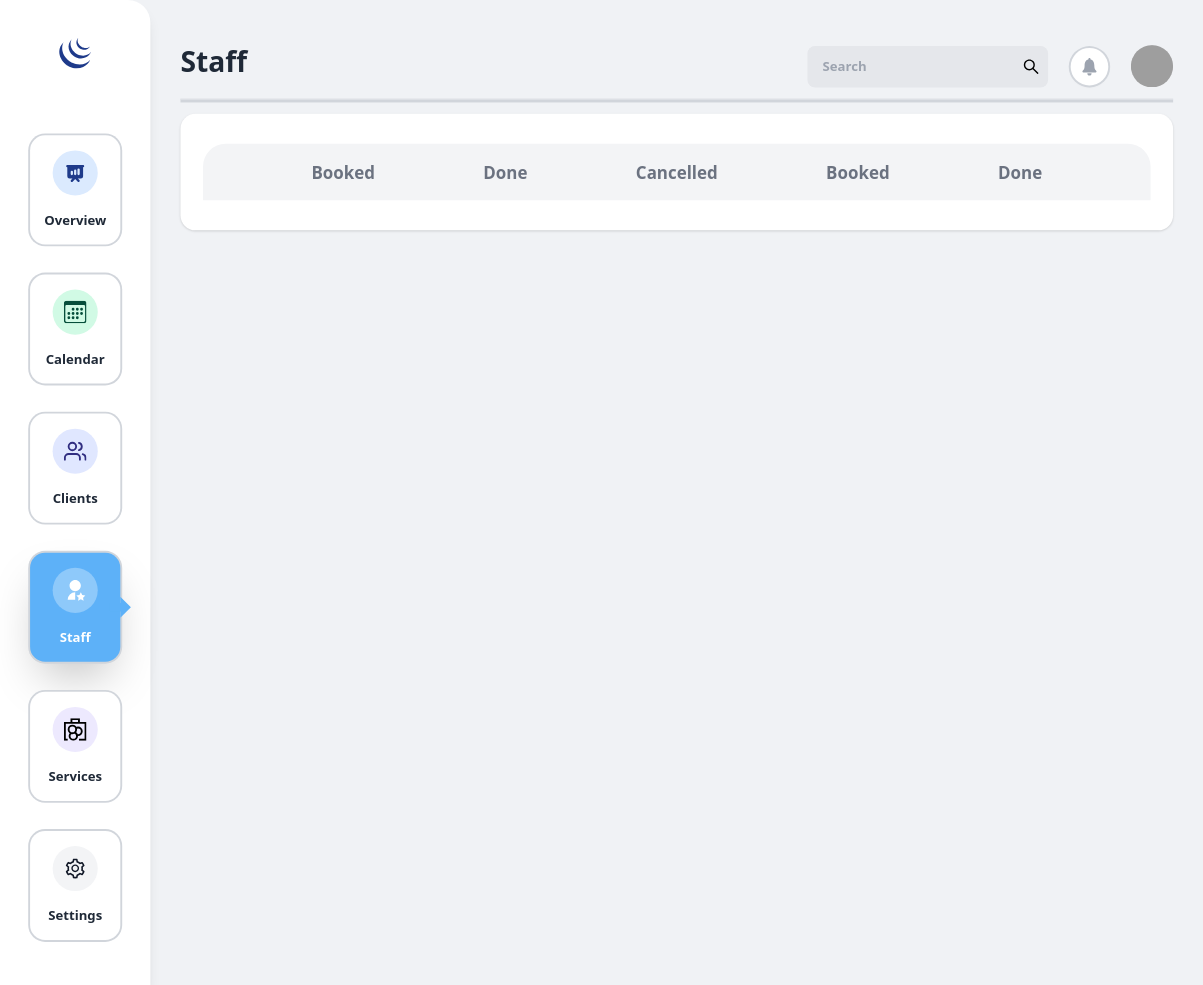
Repository: coolronts/dashboard
Page: /staff
The author's editor kept a copy of each file at every save. The page is drawn from the files as they stood at one save, then again after the next save.
The browser window is 1280 px wide. The pictures show the whole page, at 94% of full size.
Pictures or frames that could not be fetched are drawn as grey boxes. The project was rebuilt for these pictures with package versions that can differ from the ones it lists, and the page was loaded fresh each time. Also part of the build but not shown: craco.config.js, src/Components/Tags/index.tsx, src/Utils/avatar.ts, src/api/Profile.ts, src/Units/Client/Profile/index.tsx, src/Units/Client/index.ts, src/Units/Client/Section/Left/index.tsx, src/Components/DropDown/index.tsx and 29 more.

Above is the page before, as saved 2021-11-29 10:25:00.

### src/index.tsx
import './index.css';

import App from './App';
import React from 'react';
import ReactDOM from 'react-dom';

ReactDOM.render(
  <React.StrictMode>
    <App />
  </React.StrictMode>,
  document.getElementById('root')
);

### src/App.tsx
import "./App.css";

import { BrowserRouter, Route, Routes } from "react-router-dom";
import { Client, Overview, Staff } from "./Pages";

import { LeftDrawer } from "./Units/Shared";
import { SectionHeader } from "./Units/Shared";

function App() {
  const styles = {
    leftDrawer: "bg-white px-8 rounded-tr-3xl py-8 w-42 shadow-lg",
  };
  return (
    <BrowserRouter>
      <div className="App flex">
        <div className={styles.leftDrawer}>
          <LeftDrawer />
        </div>
        <div className="w-full mx-8">
          <SectionHeader />
          <Routes>
            <Route path="/" element={<Overview />} />
            <Route path="/overview" element={<Overview />} />
            <Route path="/clients" element={<Client />} />
            <Route path="/staff" element={<Staff />} />
          </Routes>
        </div>
      </div>
    </BrowserRouter>
  );
}

export default App;

### src/App.css
* {
    margin: 0;
    padding: 0;
}

.App {
    background-color: #F0F2F5;
}

### src/Pages/index.tsx
import Client from "./Client";
import Overview from "./Overview";
import Staff from "./Staff";

export { Overview, Client, Staff };

### src/Units/Shared/index.tsx
import LeftDrawer from './LeftDrawer'
import SectionHeader from './SectionHeader'

export {SectionHeader, LeftDrawer}

### src/Pages/Staff/index.tsx
import Card from "../../Components/Card";
import Table from "../../Components/Table";

const Staff: React.FC = () => {
  return (
    <div>
      <Card
        Element={
          <Table
            isHeader={true}
            headings={["booked", "done", "cancelled", "booked", "done"]}
          />
        }
      />
    </div>
  );
};
export default Staff;

### src/Units/Shared/LeftDrawer/index.tsx
import {
  Calendar,
  Clients,
  Overview,
  Services,
  Settings,
  Staff,
} from "../../../Components/Icons";

import { CompanyLogo } from "../../../Components/Icons";
import Logo from "../../../Components/Logo";

const LeftDrawer: React.FC = () => {
  const styles = {
    CompanyLogo: "text-5xl text-blue-900 w-full mb-12",
    menu: "flex flex-col justify-between bg-blue.primary",
  };
  const icons = [
    { Icon: <Overview />, name: "overview", color: "blue" },
    { Icon: <Calendar />, name: "calendar", color: "green" },
    { Icon: <Clients />, name: "clients", color: "indigo" },
    { Icon: <Staff />, name: "staff", color: "red" },
    { Icon: <Services />, name: "services", color: "purple" },
    { Icon: <Settings />, name: "settings", color: "gray" },
  ];

  return (
    <div className="m-auto">
      <CompanyLogo className={styles.CompanyLogo} />
      <div className={styles.menu}>
        {icons.map((icon) => (
          <Logo
            Icon={icon.Icon}
            name={icon.name}
            color={icon.color}
            key={icon.name}
          />
        ))}
      </div>
    </div>
  );
};

export default LeftDrawer;

### src/Units/Shared/SectionHeader/index.tsx
import { useEffect, useState } from "react";

import Avatar from "../../../Components/Avatar";
import { Notifications } from "../../../Components/Icons";
import { RoundIcon } from "../../../Components/Buttons";
import { SearchBox } from "../../../Components/InputBox";
import { useLocation } from "react-router-dom";

const SectionHeader: React.FC = () => {
  const styles = {
    body: "flex justify-between mt-12",
    heading: "text-3xl text-gray-800 font-bold capitalize",
    leftComponent: "flex items-center justify-around",
  };
  const location = useLocation();

  const [header, setHeader] = useState<string>("");

  useEffect(() => {
    setHeader(location.pathname.substr(1, location.pathname.length));
  }, [location]);

  return (
    <>
      <div className={styles.body}>
        <h1 className={styles.heading}>{header}</h1>
        <div className={styles.leftComponent}>
          <SearchBox />
          <RoundIcon Icon={<Notifications />} />
          <Avatar />
        </div>
      </div>
      <hr className="bg-gray-300 h-1 my-3" />
    </>
  );
};

export default SectionHeader;

### src/Components/Card/index.tsx
import { ReactNode } from "react";

interface CardProps {
  size?: string;
  Element: ReactNode;
  isHeader?: boolean;
  title?: string;
  subtitle?: string;
}

const Card: React.FC<CardProps> = ({
  size,
  Element,
  isHeader = false,
  title,
  subtitle,
}) => {
  const styles = {
    body: `bg-white px-6 py-8 rounded-2xl shadow ${
      size === "sm" ? "w-3/6" : "w-full"
    }`,
    header: "font-semibold font-sans px-4",
    title: "tracking-tighter text-xl text-gray-700 capitalize",
    subtitle: "text-md text-gray-400",
  };
  return (
    <div className={styles.body}>
      {isHeader && (
        <div className={styles.header}>
          <p className={styles.title}>{title}</p>
          <p className={styles.subtitle}>{subtitle}</p>
        </div>
      )}
      {Element}
    </div>
  );
};

export default Card;

### src/Components/Table/index.tsx
interface TableProps {
  isHeader?: boolean;
  headings?: string[];
  data?: any[];
}
const Table: React.FC<TableProps> = ({ isHeader = false, headings, data }) => {
  const styles = {
    header: "flex justify-evenly bg-gray-100 py-4 rounded-t-3xl font-sans",
    column: `text-center`,
    columnTitle: "text-lg text-gray-500 capitalize font-semibold",
    row: `flex text-sm items-center justify-between font-semibold font-sans tracking-tight py-3`,
  };

  return (
    <div>
      {isHeader && headings && (
        <div className={styles.header}>
          {headings.map((item, i) => (
            <div className="" key={i}>
              <p className={styles.columnTitle}>{item}</p>
            </div>
          ))}
        </div>
      )}
    </div>
  );
};

export default Table;

### src/Components/Icons/index.tsx
import { BsArrowDownShort, BsCalendar3 } from "react-icons/bs";

import { AiOutlineSearch } from "react-icons/ai";
import { AiOutlineSetting } from "react-icons/ai";
import { BiDownload } from "react-icons/bi";
import { BiShowAlt } from "react-icons/bi";
import { DiJqueryLogo } from "react-icons/di";
import { FiArrowUpRight } from "react-icons/fi";
import { FiUsers } from "react-icons/fi";
import { GrBusinessService } from "react-icons/gr";
import { HiPresentationChartBar } from "react-icons/hi";
import { ImArrowRight } from "react-icons/im";
import { IoIosNotifications } from "react-icons/io";
import { RiUserStarFill } from "react-icons/ri";

export {
  HiPresentationChartBar as Overview,
  BsCalendar3 as Calendar,
  FiUsers as Clients,
  RiUserStarFill as Staff,
  GrBusinessService as Services,
  AiOutlineSetting as Settings,
  ImArrowRight as ArrowRight,
  DiJqueryLogo as CompanyLogo,
  AiOutlineSearch as Search,
  IoIosNotifications as Notifications,
  FiArrowUpRight as ArrowUpRight,
  BsArrowDownShort as ArrowDown,
  BiShowAlt as Show,
  BiDownload as Download,
};

### src/Components/Logo/index.tsx
import { useEffect, useState } from "react";

import { ArrowRight } from "../Icons";
import { Link } from "react-router-dom";
import { useLocation } from "react-router-dom";

interface IconProps {
  Icon: React.ReactNode;
  name: string;
  color: string;
}

const Logo: React.FC<IconProps> = ({ Icon, name, color }) => {
  const location = useLocation();
  const [active, setActive] = useState<string>("");

  useEffect(() => {
    setActive(location.pathname.substr(1, location.pathname.length));
    console.log(active, name);
    console.log(color);
  }, [location, active, name, color]);

  const styles = {
    body: `${
      active === name ? "bg-blue-primary shadow-2xl" : "bg-white"
    } relative group my-4 text-2xl px-12 py-4 bg-white ring-2 ring-gray-300 w-20 rounded-2xl flex flex-col items-center justify-around hover:bg-blue-primary hover:shadow-2xl cursor-pointer `,
    name: `${
      active === name ? "text-white" : "text-gray-800"
    } group-hover:text-white capitalize text-sm font-semibold mt-4`,
    icon: `${
      active === name
        ? "bg-blue-primary text-white"
        : `bg-${color}-100 text-${color}-900`
    } rounded-full p-3 group-hover:bg-blue-primary group-hover:text-white`,
    arrowRight: `${
      active === name ? "text-blue-primary" : "text-transparent"
    } absolute -right-3 text-transparent`,
    overlay: `${
      active === name ? "opacity-30 " : "opacity-0"
    } absolute bg-white w-12 h-12 rounded-full top-4 group-hover:opacity-30`,
  };

  return (
    <Link to={`/${name}`}>
      <div className={styles.body}>
        <div className={styles.overlay} />
        <div className={styles.icon}> {Icon} </div>
        <p className={styles.name}> {name} </p>
        <ArrowRight className={styles.arrowRight} />
      </div>
    </Link>
  );
};

export default Logo;

### src/Components/Avatar/index.tsx
interface AvatarProps {
  img?: string;
  radius?: number;
}
const imgLink="https://images.unsplash.com/photo-1472099645785-5658abf4ff4e?ixlib=rb-1.2.1&ixid=eyJhcHBfaWQiOjEyMDd9&auto=format&fit=facearea&facepad=2&w=256&h=256&q=80"

const Avatar: React.FC<AvatarProps> = ({ img = imgLink, radius =45 }) => {
  const styles = {
    avatar:`inline-block rounded-full cursor-pointer`
  }
  return (
    <div>
      <img
        style={{width:radius, height:radius}}
        className={styles.avatar}
        src={img}
        alt="avatar"
      />
    </div>
  )
}

export default Avatar

### src/Components/Buttons/index.tsx
interface RoundIconButtonProps {
  Icon: React.ReactNode;
}

const RoundIcon: React.FC<RoundIconButtonProps> = ({ Icon }) => {
  const styles = {
    icon: "ring-2 flex items-center justify-center ring-gray-300 text-2xl w-10 h-10 font-bold p-2 bg-white rounded-full mx-6 shadow text-gray-400 cursor-pointer hover:shadow-2xl",
  };
  return (
    <div className={styles.icon}>
      <div className="m-auto">{Icon}</div>
    </div>
  );
};

interface PrimaryProps {
  name: string;
}

const Primary: React.FC<PrimaryProps> = ({ name }) => {
  const styles = {
    body: "text-center font-semibold w-64 py-3 bg-blue-500 rounded-xl mx-6 shadow text-white cursor-pointer hover:shadow-2xl",
    name: " ",
  };
  return (
    <div className={styles.body}>
      <p className={styles.name}>{name}</p>
    </div>
  );
};

export { Primary, RoundIcon };

### src/Components/InputBox/index.tsx
import {Search} from '../Icons'

const SearchBox: React.FC = () => {
  const styles = {
    body: "relative",
    textBox: "bg-gray-200 w-64 rounded-lg py-3 px-4 font-semibold text-sm focus:ring-2 ring-gray-600 outline-none",
    searchIcon: "absolute right-2 top-3 text-xl"
  }

  return (
    <div className={styles.body}>
      <input className={styles.textBox} type="text" placeholder="Search" />
      <Search className={styles.searchIcon}/>
    </div>
  )
}

interface dataProps{
  label: string,
  text: string,
}

const DisabledInputWithLabel: React.FC<dataProps> = ({ label, text }) => {
  const styles = {
    body: "bg-gray-200 w-full rounded-2xl py-3 px-4 font-semibold text-sm focus:ring-2 ring-gray-600 outline-none",
    label: "text-gray-500 capitalize",
    searchIcon: "absolute right-2 top-3 text-xl"
  }

  return (
    <div className={styles.body}>
      <p className={styles.label}>{label}</p>
      <p > {text}</p>
    </div>
  )
}

export {DisabledInputWithLabel, SearchBox}

### tailwind.config.js
module.exports = {
    purge: ["./src/**/*.{js,jsx,ts,tsx}", "./public/index.html"],
    darkMode: false, // or 'media' or 'class'
    theme: {
        extend: {
            colors: {
                blue: {
                    primary: "#5DB1F8",
                    secondary: "#38A3FF",
                    tertiary: "#1D90F3",
                },
            },
        },
    },
    variants: {
        extend: {},
    },
    plugins: [],
};

Loaded but not shown: public/index.html (common file); src/index.css (common file)

After the next save:
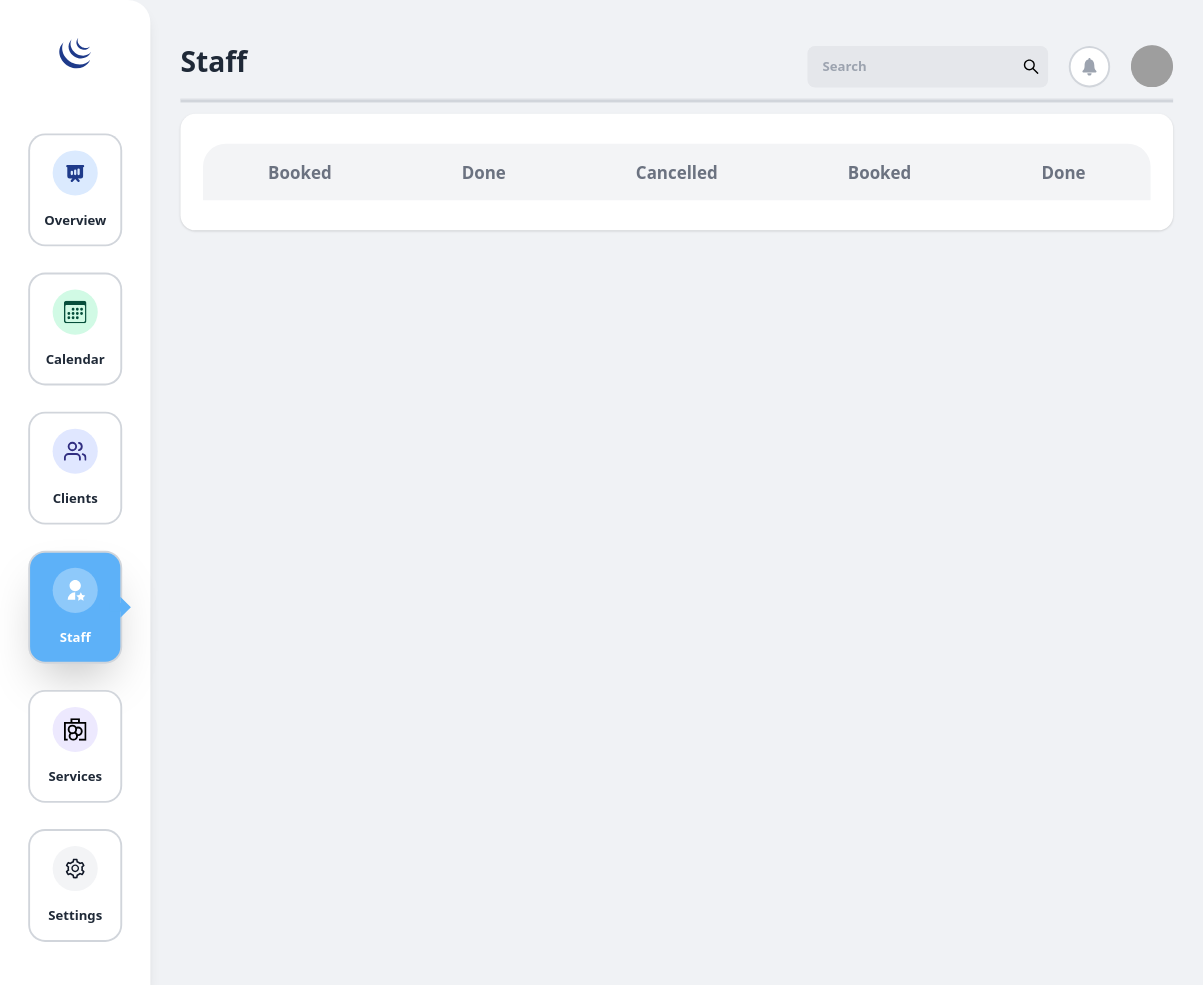
Saved 42 s later.
--- a/src/Components/Table/index.tsx
+++ b/src/Components/Table/index.tsx
@@ -5,7 +5,7 @@ interface TableProps {
 }
 const Table: React.FC<TableProps> = ({ isHeader = false, headings, data }) => {
   const styles = {
-    header: "flex justify-evenly bg-gray-100 py-4 rounded-t-3xl font-sans",
+    header: "flex justify-around bg-gray-100 py-4 rounded-t-3xl font-sans",
     column: `text-center`,
     columnTitle: "text-lg text-gray-500 capitalize font-semibold",
     row: `flex text-sm items-center justify-between font-semibold font-sans tracking-tight py-3`,
